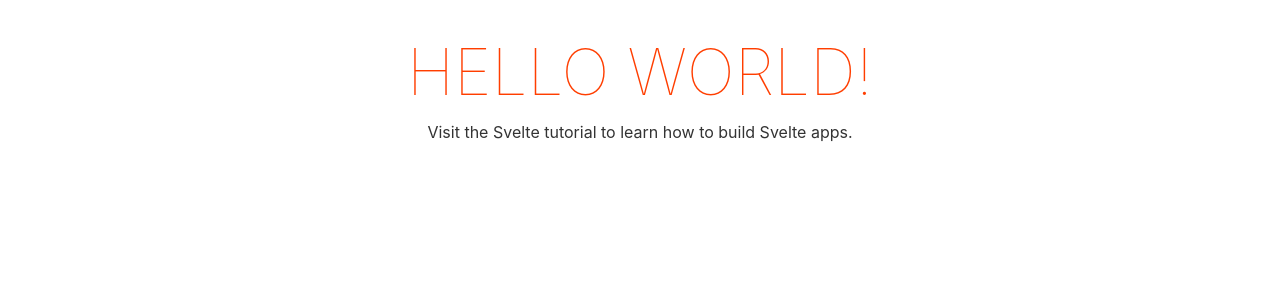
Repository: chelle-c/smooth-scroll-colours
Page: /
These files come from the project's save history. The page is drawn as it stood at one moment and after the next save; the edit follows.
The browser window is 1280 px wide. The pictures show the whole page.
The project was rebuilt for these pictures with package versions that can differ from the ones it lists, and the page was loaded fresh each time.

Above is the page before, as saved 2022-09-19 13:25:27.

After the next save:
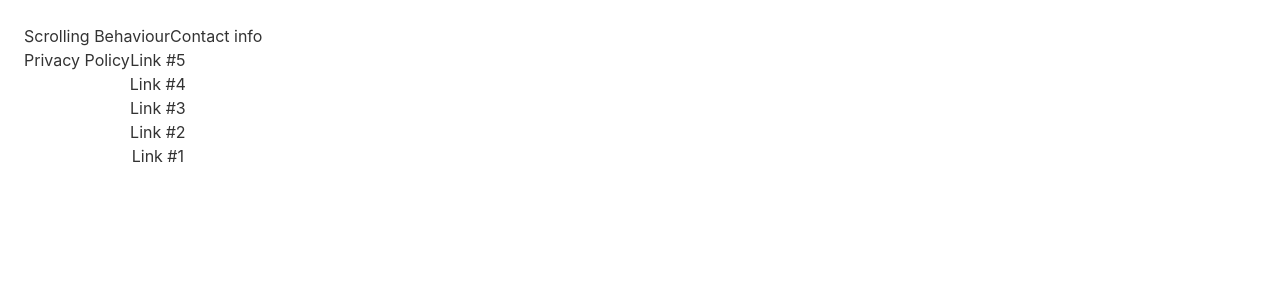
Saved 8 min 0 s later.
--- a/src/App.svelte
+++ b/src/App.svelte
@@ -1,13 +1,23 @@
 <script>
-	export let name;
 </script>
 
-<main>
-	<h1>Hello {name}!</h1>
-	<p>
-		Visit the <a href="https://svelte.dev/tutorial">Svelte tutorial</a> to learn
-		how to build Svelte apps.
-	</p>
+<main class="min-w-full min-h-screen fixed flex flex-col">
+	<div class="flex flex-row">
+		<div>Scrolling Behaviour</div>
+		<div>Contact info</div>
+	</div>
+	<div class="flex flex-row">
+		<div>Privacy Policy</div>
+		<div>
+			<ul>
+				<li><a href="#section5">Link #5</a></li>
+				<li><a href="#section4">Link #4</a></li>
+				<li><a href="#section3">Link #3</a></li>
+				<li><a href="#section2">Link #2</a></li>
+				<li><a href="#section1">Link #1</a></li>
+			</ul>
+		</div>
+	</div>
 </main>
 
 <style global lang="postcss">
